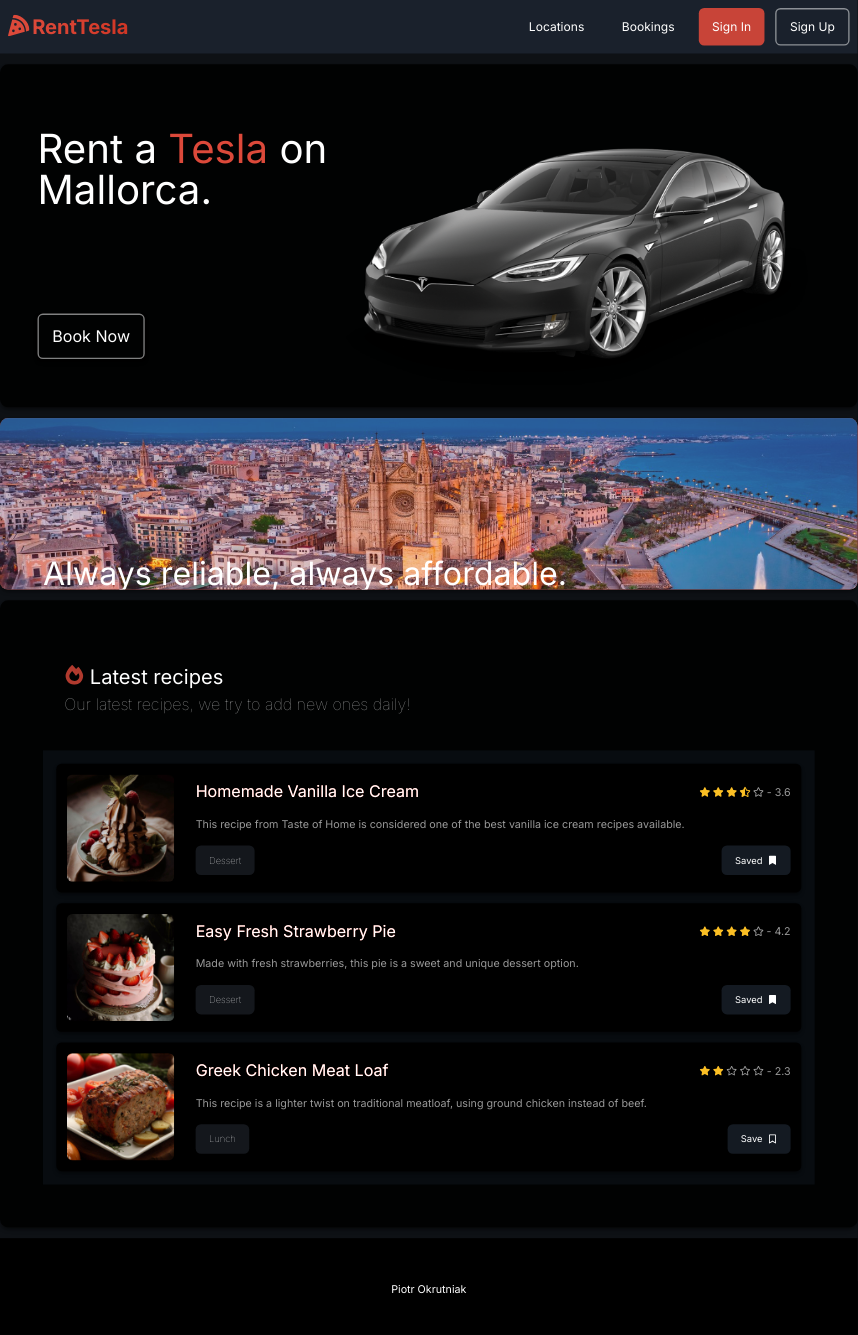
Repository: piotrokrutniak/RentallApp.UI
Page: /
These files come from the project's save history. The page is drawn as it stood at one moment and after a run of saves; the edit follows.
The browser window is 1280 px wide. The pictures show the whole page, at 67% of full size.
The project was rebuilt for these pictures with package versions that can differ from the ones it lists, and the page was loaded fresh each time. The framework's server and built-in components were replaced by stand-ins that run in the browser. Also part of the build but not shown: next.config.js.

Above is the page before, as saved 2023-10-05 21:13:48.

After the next 2 saves:
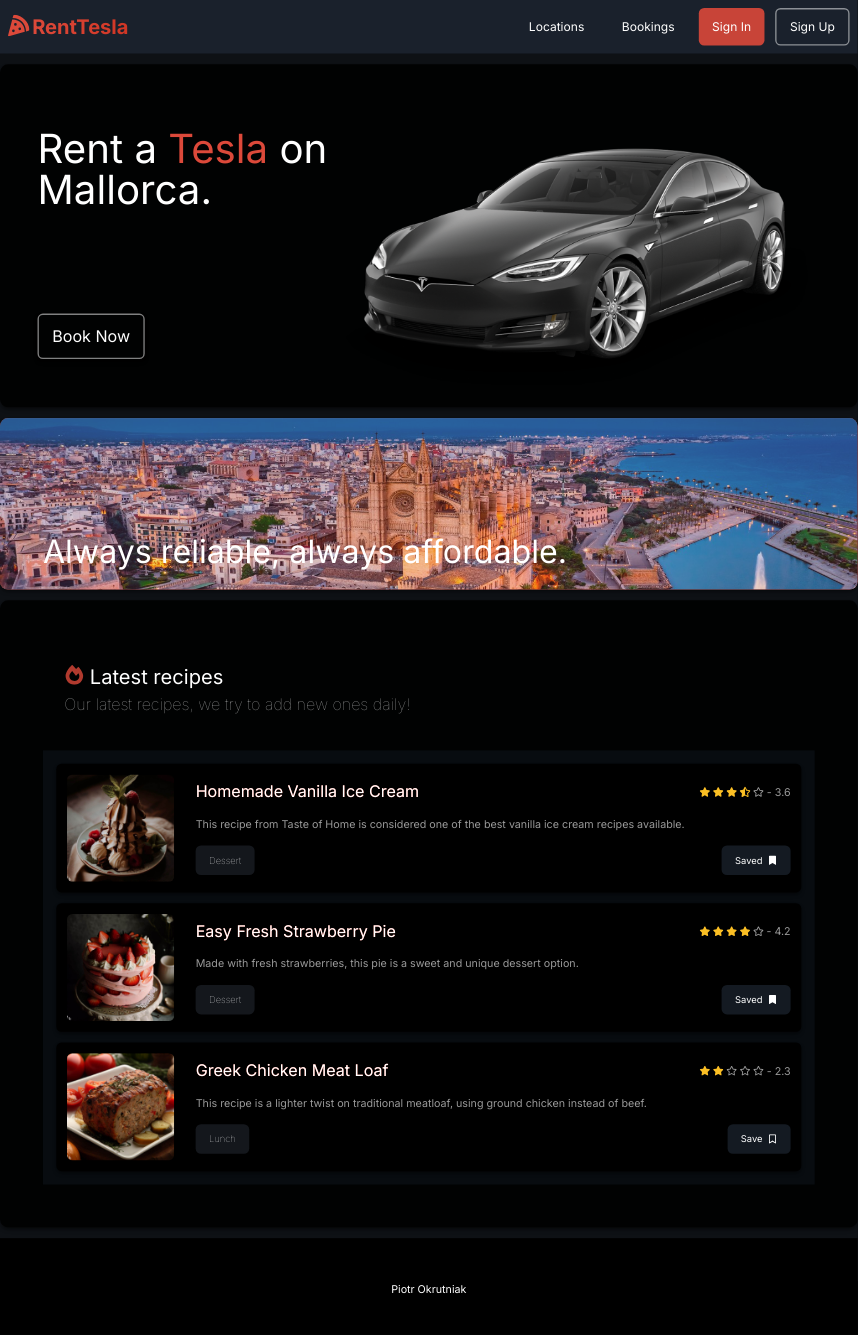
The 2 saves are shown as one change because they came seconds apart.
The last was saved 8 s later.
--- a/src/app/page.tsx
+++ b/src/app/page.tsx
@@ -37,7 +37,7 @@
 
       <section id="searchbar-section" className='overflow-clip max-w-7xl relative bg-red-400/80 px-7 h-64 m-auto w-full  p-8 sm:px-16 rounded-xl shadow-md shadow-black/40 flex-col'>
         <Image src={lunch} layout="fill" objectFit="cover" alt="Breakfast Photo" className="w-full opacity-80 group-hover:opacity-50"/>
-        <h1 className="absolute text-5xl z-10 text-white bottom-0">Always reliable, always affordable.</h1>
+        <h1 className="absolute text-5xl z-10 text-white bottom-0 pb-8">Always reliable, always affordable.</h1>
       </section>
 
       <section id="top-picks-section" className='max-w-7xl bg-black/90 m-auto w-full sm:p-8 rounded-xl shadow-md shadow-black/40 flex-col'>
